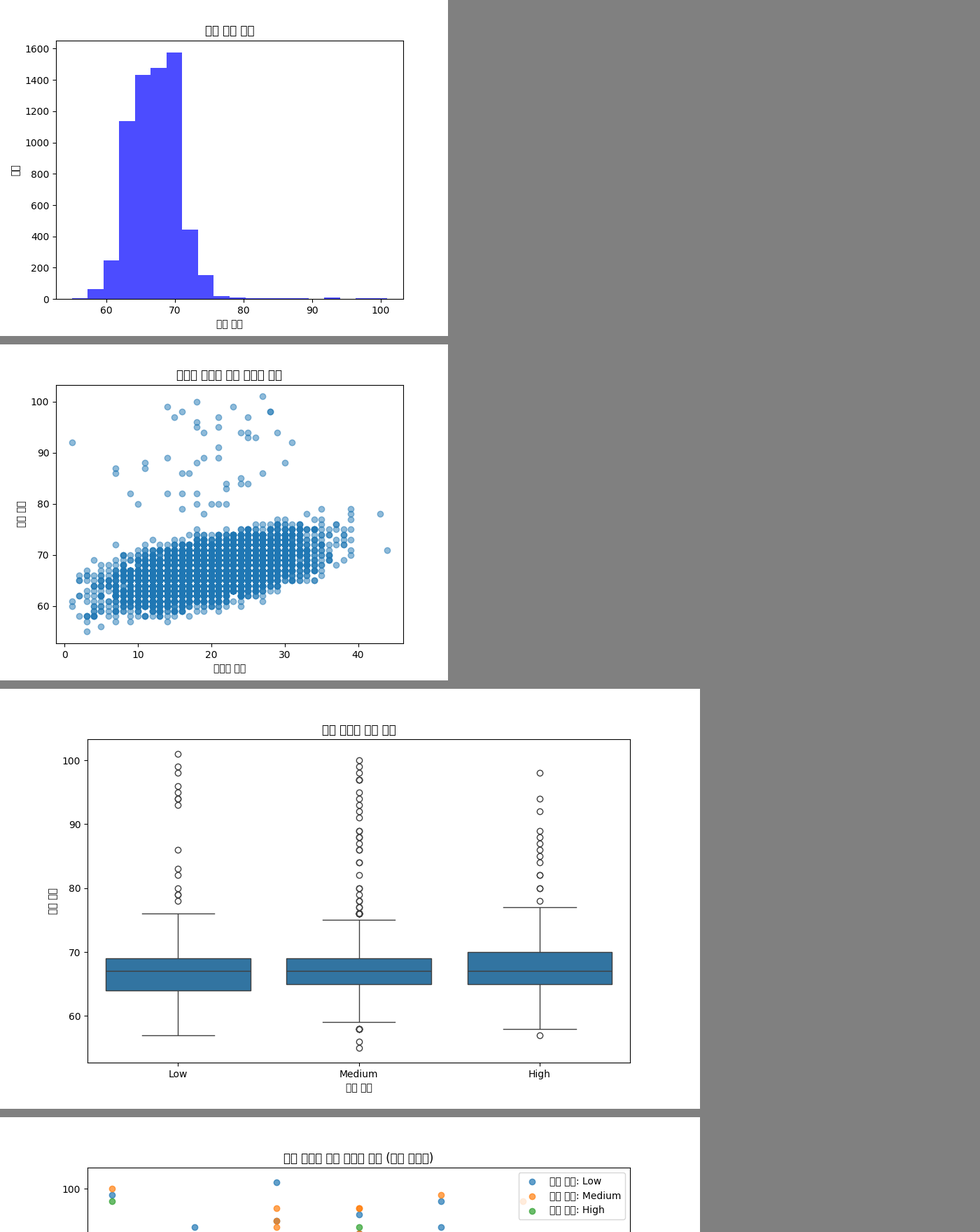
Repository: dldnwls07/BigDataStudy
Script's output: python analyze_data.py
These files come from the project's save history. The script's output is drawn as it stood at one moment and after the next save; the edit follows.
The pictures show rows 0 to 1760 of an output 4020 px tall, at 70% of full size.
Each picture stacks the figures in order, with grey between them; figures that are only written to a file come last. Random numbers start from a fixed seed.

Above is the script's output before, as saved 2025-04-25 10:29:26.

### analyze_data.py
import pandas as pd
import matplotlib.pyplot as plt
import matplotlib as mpl

# 한글 폰트 설정 (Windows의 경우)
mpl.rc('font', family='Malgun Gothic')
plt.rcParams['axes.unicode_minus'] = False  # 마이너스 기호 깨짐 방지

# CSV 파일 로드
file_path = "c:\\Users\\feca1\\Desktop\\공부(빅분)\\StudentPerformanceFactors.csv"
data = pd.read_csv(file_path)

# 영어 컬럼명을 한글로 변경하기 위한 딕셔너리
column_mapping = {
    'Hours_Studied': '공부한 시간',
    'Attendance': '학교 출석',
    'Parental_Involvement': '부모의 참여도',
    'Access_to_Resources': '학습 자원에 대한 접근성',
    'Extracurricular_Activities': '방과 후 활동 참여도',
    'Sleep_Hours': '수면 시간',
    'Previous_Scores': '이전 시험 성적',
    'Motivation_Level': '동기 수준',
    'Internet_Access': '인터넷 접근 여부',
    'Tutoring_Sessions': '개인 지도 세션 수',
    'Family_Income': '가정 소득',
    'Teacher_Quality': '교사의 질',
    'School_Type': '학교 종류',
    'Peer_Influence': '또래의 영향',
    'Physical_Activity': '신체 활동 수준',
    'Learning_Disabilities': '학습 장애 여부',
    'Parental_Education_Level': '부모의 교육 수준',
    'Distance_from_Home': '집에서 학교까지의 거리',
    'Gender': '성별',
    'Exam_Score': '시험 점수'
}

# 원본 데이터 백업
data_original = data.copy()

# 데이터 컬럼명 변경
data = data.rename(columns=column_mapping)

# 데이터의 기본 정보와 첫 몇 줄 출력
print("데이터 기본 정보:")
print(data.info())
print("\n데이터 첫 5줄:")
print(data.head())

# 통계 요약
print("\n통계 요약:")
print(data.describe())

# 결측값 확인
print("\n결측값 확인:")
print(data.isnull().sum())

# 문자열 변수를 숫자로 매핑하는 딕셔너리 정의
motivation_map = {'Low': 0, 'Medium': 1, 'High': 2}
parental_inv_map = {'Low': 0, 'Medium': 1, 'High': 2}
resources_map = {'Low': 0, 'Medium': 1, 'High': 2}
learning_dis_map = {'Yes': 1, 'No': 0}
internet_access_map = {'Yes': 1, 'No': 0}
extracurricular_map = {'Yes': 1, 'No': 0}
income_map = {'Low': 0, 'Medium': 1, 'High': 2}
teacher_map = {'Low': 0, 'Medium': 1, 'High': 2}
school_map = {'Public': 0, 'Private': 1}
peer_map = {'Negative': -1, 'Neutral': 0, 'Positive': 1}
edu_level_map = {'High School': 0, 'College': 1, 'Postgraduate': 2}
distance_map = {'Near': 0, 'Moderate': 1, 'Far': 2}
gender_map = {'Male': 0, 'Female': 1}

# 데이터 전처리: 범주형 변수를 숫자로 변환
data_encoded = data.copy()
data_encoded['동기 수준'] = data['동기 수준'].map(motivation_map)
data_encoded['부모의 참여도'] = data['부모의 참여도'].map(parental_inv_map)
data_encoded['학습 자원에 대한 접근성'] = data['학습 자원에 대한 접근성'].map(resources_map)
data_encoded['학습 장애 여부'] = data['학습 장애 여부'].map(learning_dis_map)
data_encoded['인터넷 접근 여부'] = data['인터넷 접근 여부'].map(internet_access_map)
data_encoded['방과 후 활동 참여도'] = data['방과 후 활동 참여도'].map(extracurricular_map)
data_encoded['가정 소득'] = data['가정 소득'].map(income_map)
data_encoded['교사의 질'] = data['교사의 질'].map(teacher_map)
data_encoded['학교 종류'] = data['학교 종류'].map(school_map)
data_encoded['또래의 영향'] = data['또래의 영향'].map(peer_map)
data_encoded['부모의 교육 수준'] = data['부모의 교육 수준'].map(edu_level_map)
data_encoded['집에서 학교까지의 거리'] = data['집에서 학교까지의 거리'].map(distance_map)
data_encoded['성별'] = data['성별'].map(gender_map)

# 상관관계 분석 수정: 인코딩된 데이터 사용
print("\n수정된 상관관계 분석 (범주형 데이터 인코딩 후):")
print(data_encoded.corr())

# 특정 열의 분포 시각화 (예: 시험 점수)
plt.hist(data['시험 점수'], bins=20, color='blue', alpha=0.7)
plt.title('시험 점수 분포')
plt.xlabel('시험 점수')
plt.ylabel('빈도')
plt.show()

# 공부한 시간과 시험 점수 간의 관계 분석
plt.scatter(data['공부한 시간'], data['시험 점수'], alpha=0.5)
plt.title('공부한 시간과 시험 점수의 관계')
plt.xlabel('공부한 시간')
plt.ylabel('시험 점수')
plt.show()

# 학생의 성적과 스트레스 간의 상관관계 분석
if '스트레스 수준' in data.columns:
    print("\n성적과 스트레스 상관관계:")
    print(data[['시험 점수', '스트레스 수준']].corr())
else:
    print("\n'스트레스 수준' 열이 데이터에 없습니다.")

# 시험 성적과 스트레스 간접 요인 상관 분석 (인코딩된 데이터 사용)
stress_factors = ['수면 시간', '공부한 시간', '동기 수준', '학습 장애 여부']
print("\n시험 성적과 스트레스 간접 요인 상관 분석:")
print(data_encoded[stress_factors + ['시험 점수']].corr())

# 그룹별 비교 (인코딩 전 원본 데이터 사용)
# 동기 수준이 낮을수록 성적이 낮은지 확인
low_motivation = data[data['동기 수준'] == 'Low']
medium_motivation = data[data['동기 수준'] == 'Medium']
high_motivation = data[data['동기 수준'] == 'High']

print("\n동기 수준별 평균 성적:")
print("낮은 동기 그룹 평균 성적:", low_motivation['시험 점수'].mean())
print("중간 동기 그룹 평균 성적:", medium_motivation['시험 점수'].mean())
print("높은 동기 그룹 평균 성적:", high_motivation['시험 점수'].mean())

# 부모 참여도에 따른 성적 비교
low_parental = data[data['부모의 참여도'] == 'Low']
medium_parental = data[data['부모의 참여도'] == 'Medium']
high_parental = data[data['부모의 참여도'] == 'High']

print("\n부모 참여도별 평균 성적:")
print("낮은 부모 참여 그룹 평균 성적:", low_parental['시험 점수'].mean())
print("중간 부모 참여 그룹 평균 성적:", medium_parental['시험 점수'].mean())
print("높은 부모 참여 그룹 평균 성적:", high_parental['시험 점수'].mean())

# 시각화 코드 수정
import seaborn as sns

# 동기 수준별 시험 점수 박스플롯
plt.figure(figsize=(10, 6))
sns.boxplot(x='동기 수준', y='시험 점수', data=data, order=['Low', 'Medium', 'High'])
plt.title('동기 수준별 시험 점수')
plt.xlabel('동기 수준')
plt.ylabel('시험 점수')
plt.savefig('동기수준_시험점수_박스플롯.png')
plt.show()

# 수면 시간과 시험 점수 산점도 (색상을 동기 수준으로 구분)
plt.figure(figsize=(10, 6))
for level in ['Low', 'Medium', 'High']:
    subset = data[data['동기 수준'] == level]
    plt.scatter(subset['수면 시간'], subset['시험 점수'],
                alpha=0.7, label=f'동기 수준: {level}')
plt.title('수면 시간과 시험 점수의 관계 (동기 수준별)')
plt.xlabel('수면 시간')
plt.ylabel('시험 점수')
plt.legend()
plt.savefig('수면시간_시험점수_산점도.png')
plt.show()

# 상관 행렬 히트맵 (인코딩된 데이터 사용)
plt.figure(figsize=(14, 12))
corr_matrix = data_encoded.corr()
sns.heatmap(corr_matrix, annot=True, cmap='coolwarm', fmt='.2f', linewidths=0.5)
plt.title('상관 관계 히트맵')
plt.tight_layout()
plt.savefig('상관관계_히트맵.png')
plt.show()

# 공부한 시간과 시험 점수 간의 산점도 (추가 시각화)
plt.figure(figsize=(10, 6))
sns.scatterplot(x='공부한 시간', y='시험 점수', hue='동기 수준',
                data=data, palette='viridis', s=100, alpha=0.7)
plt.title('공부한 시간과 시험 점수의 관계 (동기 수준별)')
plt.xlabel('공부한 시간')
plt.ylabel('시험 점수')
plt.savefig('공부시간_시험점수_동기수준_산점도.png')
plt.show()

# AI 기반 진로 유형 분류 모델 생성
from sklearn.model_selection import train_test_split
from sklearn.ensemble import RandomForestClassifier
from sklearn.metrics import classification_report

if '진로 유형' in data.columns:
    # 데이터 전처리
    features = data[['공부한 시간', '동기 수준', '이전 시험 성적']]  # 주요 특징 선택
    labels = data['진로 유형']
    features = pd.get_dummies(features, drop_first=True)  # 범주형 데이터 인코딩

    # 데이터 분할
    X_train, X_test, y_train, y_test = train_test_split(features, labels, test_size=0.2, random_state=42)

    # 모델 학습
    model = RandomForestClassifier(random_state=42)
    model.fit(X_train, y_train)

    # 예측 및 평가
    y_pred = model.predict(X_test)
    print("\n진로 유형 분류 모델 평가:")
    print(classification_report(y_test, y_pred))
else:
    print("\n'진로 유형' 열이 데이터에 없습니다.")

Loaded but not shown: data/original_data/StudentPerformanceFactors.csv (common file)

After the next save:
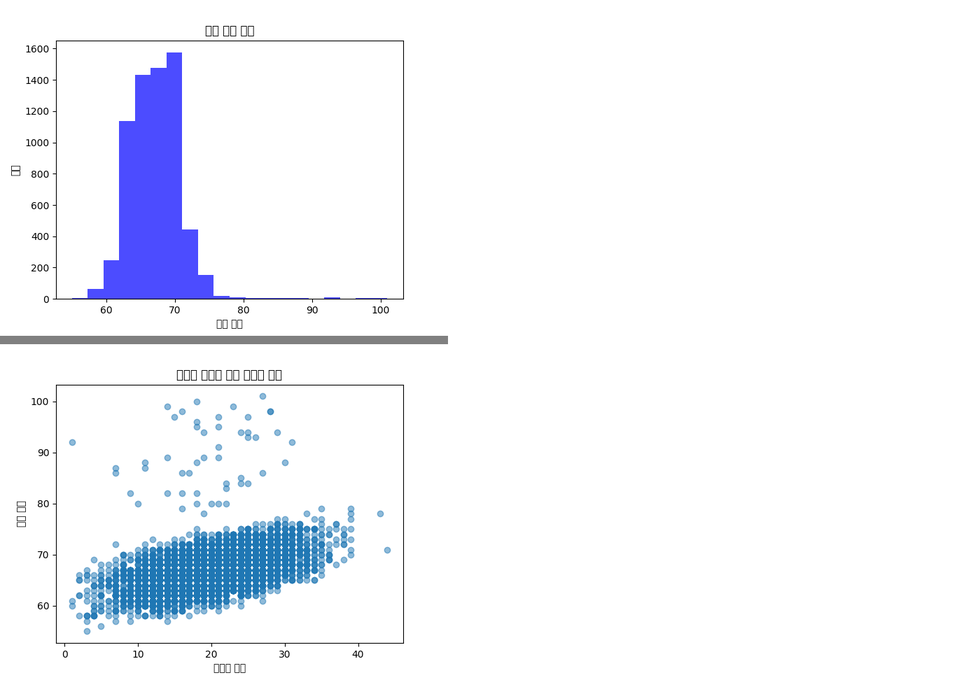
Error (its wording comes from the project's code and is left out).
Saved 5 min 47 s later.
--- a/analyze_data.py
+++ b/analyze_data.py
@@ -19,11 +19,11 @@ column_mapping = {
     'Extracurricular_Activities': '방과 후 활동 참여도',
     'Sleep_Hours': '수면 시간',
     'Previous_Scores': '이전 시험 성적',
-    'Motivation_Level': '동기 수준',
+    'Motivation_Level': '학습의욕 수준',
     'Internet_Access': '인터넷 접근 여부',
     'Tutoring_Sessions': '개인 지도 세션 수',
     'Family_Income': '가정 소득',
-    'Teacher_Quality': '교사의 질',
+    'Teacher_Quality': '교사의 수준',
     'School_Type': '학교 종류',
     'Peer_Influence': '또래의 영향',
     'Physical_Activity': '신체 활동 수준',
@@ -71,14 +71,14 @@ gender_map = {'Male': 0, 'Female': 1}
 
 # 데이터 전처리: 범주형 변수를 숫자로 변환
 data_encoded = data.copy()
-data_encoded['동기 수준'] = data['동기 수준'].map(motivation_map)
+data_encoded['학습의욕 수준'] = data['학습의욕 수준'].map(motivation_map)
 data_encoded['부모의 참여도'] = data['부모의 참여도'].map(parental_inv_map)
 data_encoded['학습 자원에 대한 접근성'] = data['학습 자원에 대한 접근성'].map(resources_map)
 data_encoded['학습 장애 여부'] = data['학습 장애 여부'].map(learning_dis_map)
 data_encoded['인터넷 접근 여부'] = data['인터넷 접근 여부'].map(internet_access_map)
 data_encoded['방과 후 활동 참여도'] = data['방과 후 활동 참여도'].map(extracurricular_map)
 data_encoded['가정 소득'] = data['가정 소득'].map(income_map)
-data_encoded['교사의 질'] = data['교사의 질'].map(teacher_map)
+data_encoded['교사의 수준'] = data['교사의 수준'].map(teacher_map)
 data_encoded['학교 종류'] = data['학교 종류'].map(school_map)
 data_encoded['또래의 영향'] = data['또래의 영향'].map(peer_map)
 data_encoded['부모의 교육 수준'] = data['부모의 교육 수준'].map(edu_level_map)
